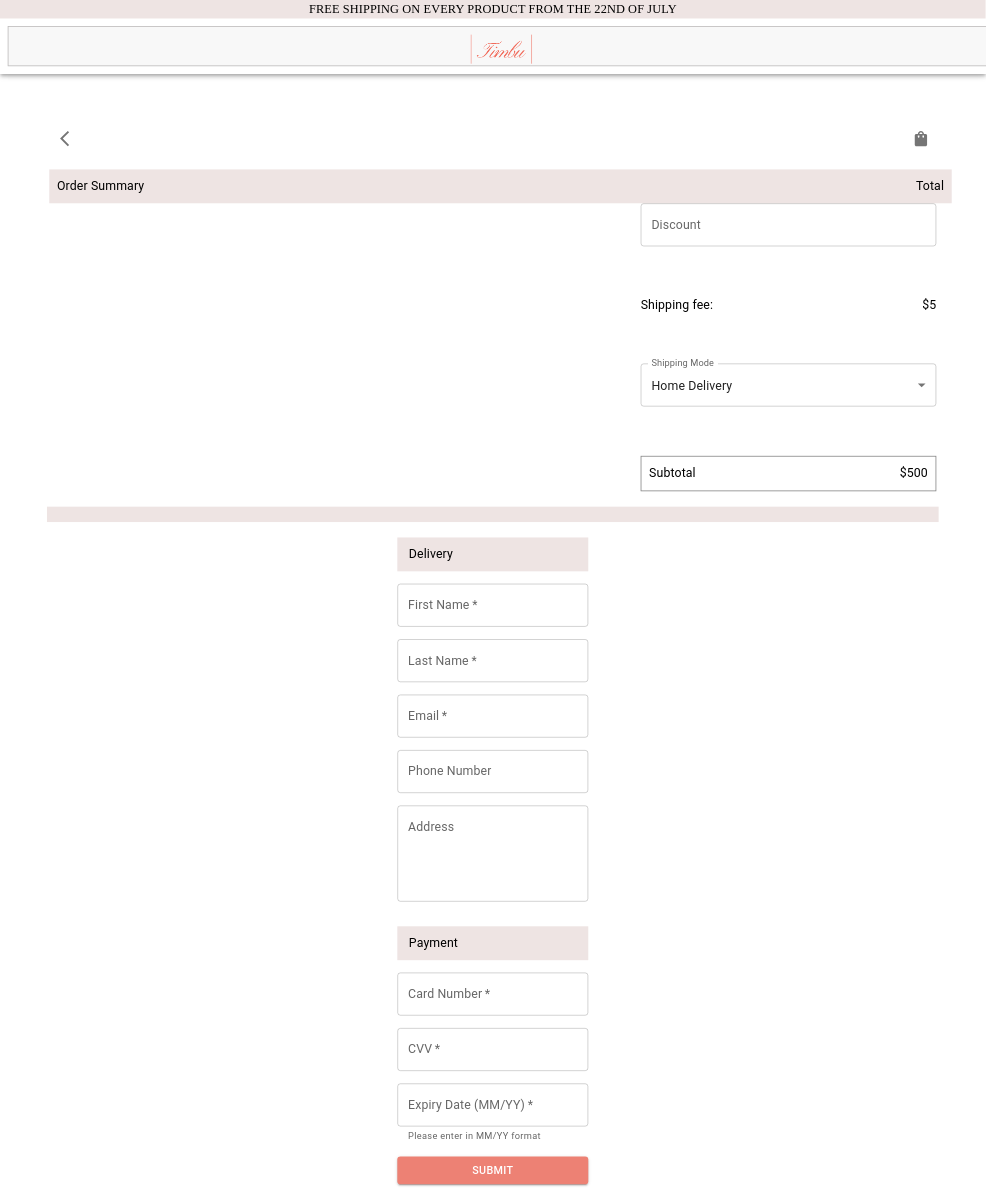
Repository: Armstrong2035/hng-project-two
Page: /checkout (app in timbu-store/)
An editor plug-in stored every save of this project. The page is shown before and after the next save, followed by the edit.
The browser window is 1280 px wide. The pictures show the whole page, at 77% of full size.
The project was rebuilt for these pictures with package versions that can differ from the ones it lists, and the page was loaded fresh each time. The framework's server and built-in components were replaced by stand-ins that run in the browser. Also part of the build but not shown: timbu-store/next.config.mjs, timbu-store/src/app/fonts.css.

Above is the page before, as saved 2024-07-10 04:01:25.

After the next save:
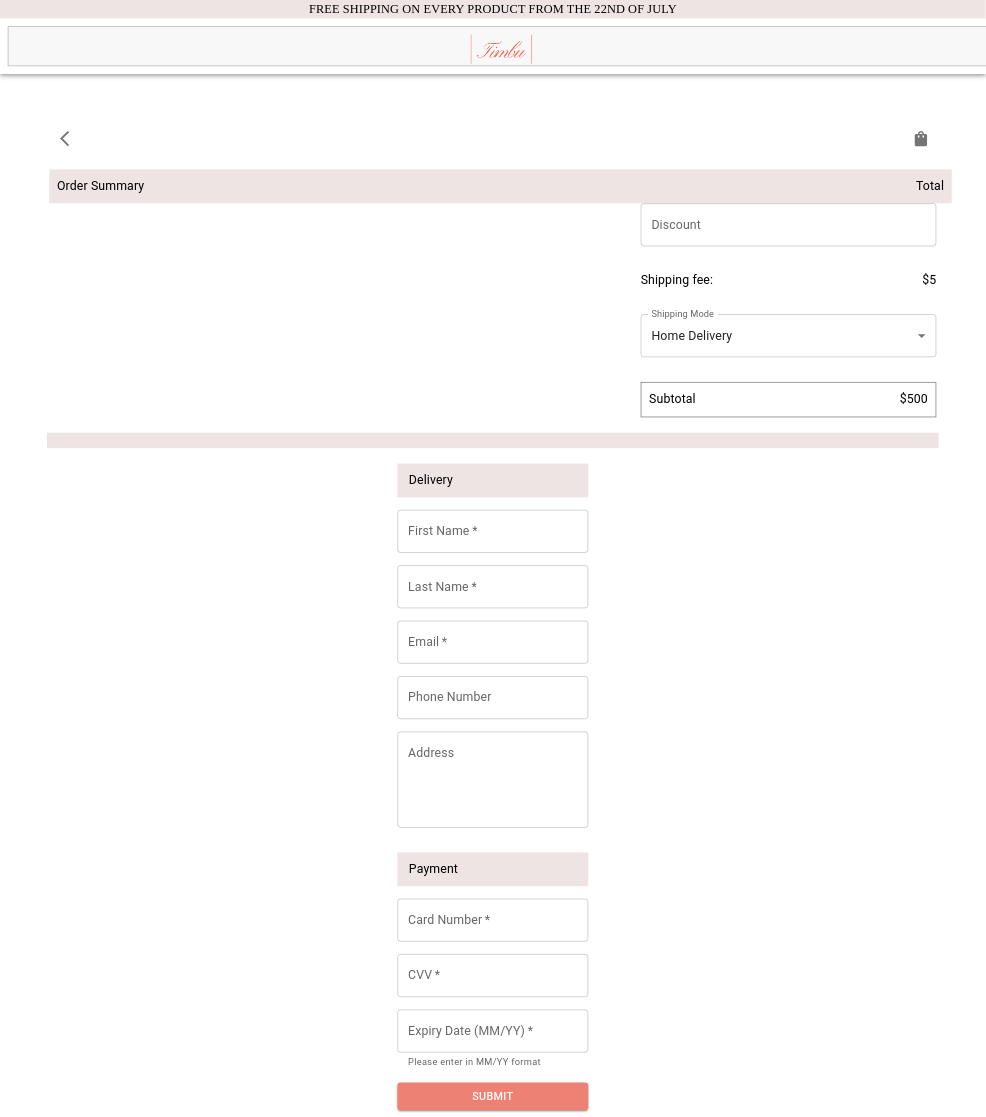
Saved 73 s later.
--- a/timbu-store/components/checkout/Invoice.js
+++ b/timbu-store/components/checkout/Invoice.js
@@ -36,7 +36,7 @@ export default function Invoice() {
   });
 
   return (
-    <Stack spacing={8}>
+    <Stack spacing={4}>
       <TextField
         variant="outlined"
         label="Discount"
